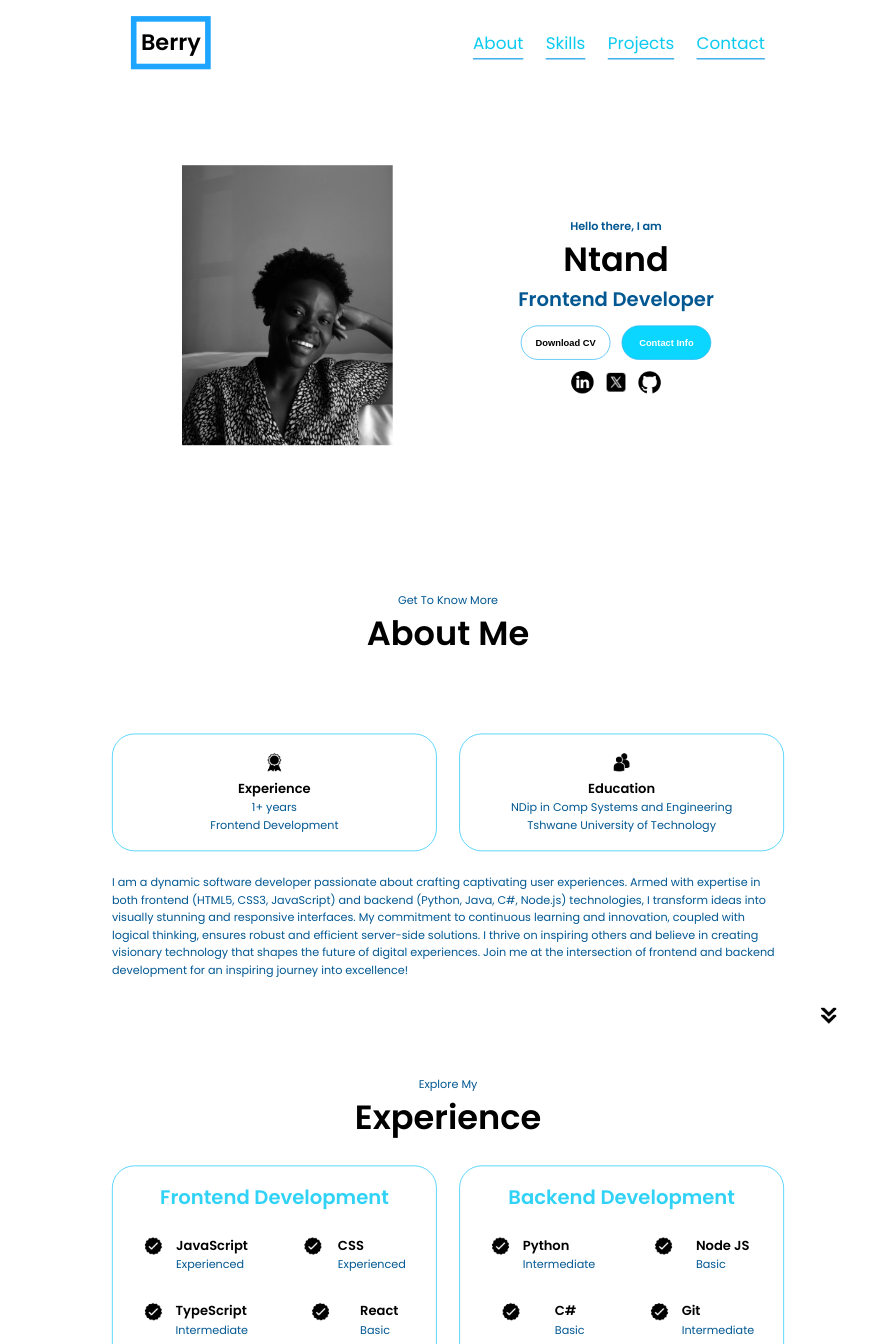
Repository: ntandomagana/FS-Dev-Portfolio
Page: index.html
The author's editor kept a copy of each file at every save. The page is drawn from the files as they stood at one save, then again after the next save.
The browser window is 1280 px wide. The pictures show the part of the page from y = 0 to 1920 px (the page is 3177 px tall), at 70% of full size.

Above is the page before, as saved 2024-05-04 21:24:53.

After the next save:
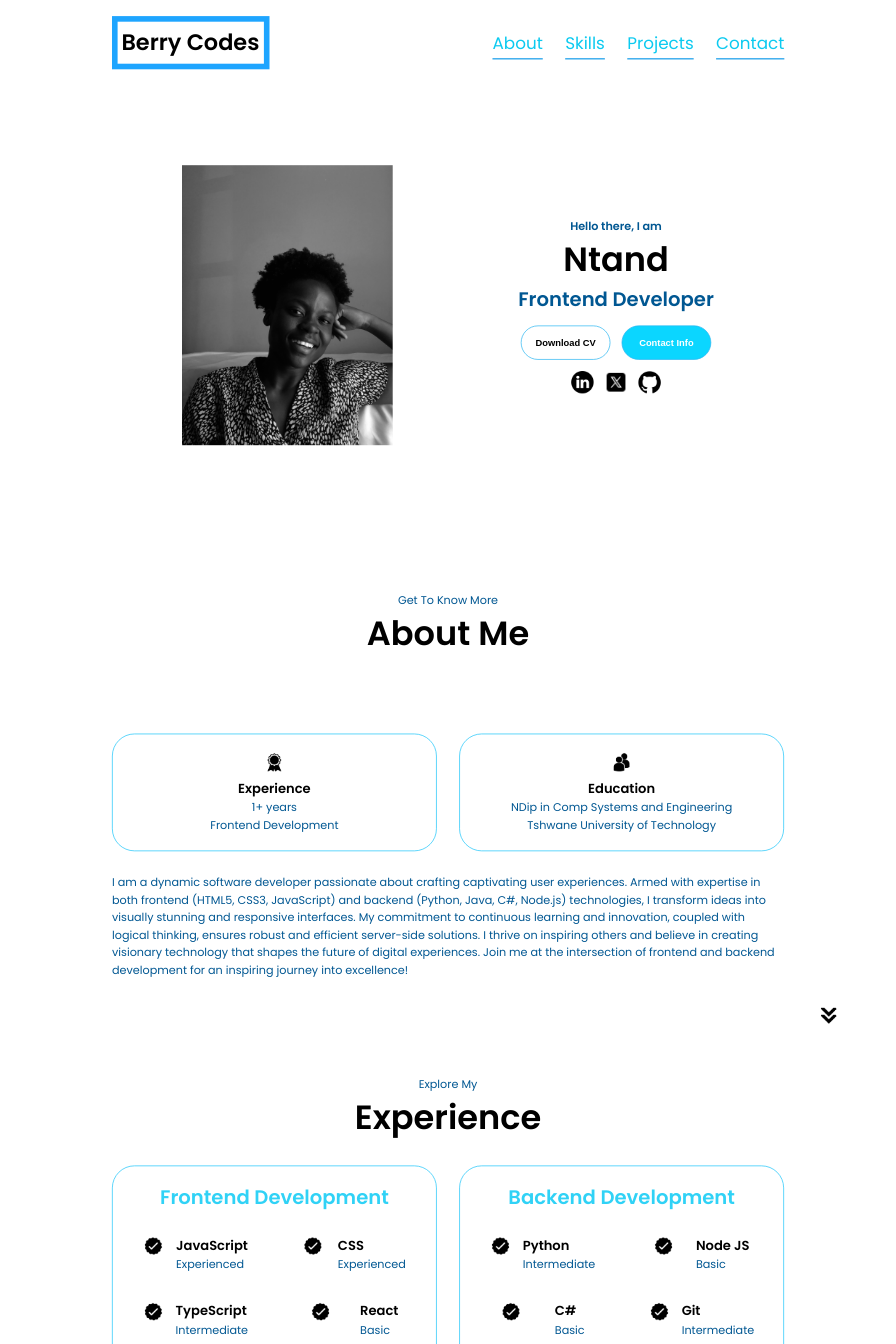
Saved 4 s later.
--- a/index.html
+++ b/index.html
@@ -10,7 +10,7 @@
   </head>
   <body>
     <nav id="desktop-nav">
-      <div class="logo">Berry</div>
+      <div class="logo">Berry Codes</div>
       <div>
         <ul class="nav-links">
           <li><a href="#about">About</a></li>
